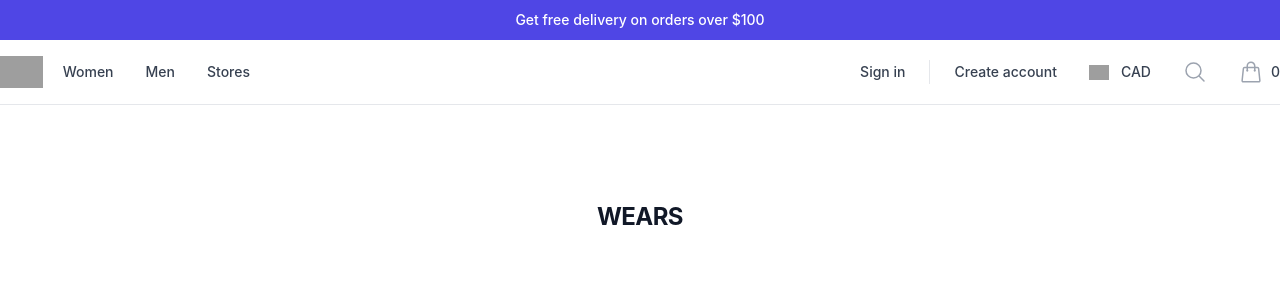
Repository: mehedi9465/Maiden_Wears
Page: /men
An editor plug-in stored every save of this project. The page is shown before and after a run of saves, followed by the edit.
The browser window is 1280 px wide. The page is 1288 px wide, so the pictures cover 1288 px, including what lies to the right of the window. The pictures show the whole page.
Pictures or frames that could not be fetched are drawn as grey boxes. The page's requests for data from a server got no answer. The project was rebuilt for these pictures with package versions that can differ from the ones it lists, and the page was loaded fresh each time. No one was signed in, and anything a server would have sent is missing. Also part of the build but not shown: src/Components/Home/Promo/Promo.js, src/Components/Home/NewArrivals/NewArrivals.js, src/Components/Home/Brands/Brands.js, src/Components/Home/Home/Home.js, src/Components/Authentication/Login/Login.js, src/Components/Authentication/Register/Register.js.

Above is the page before, as saved 2022-12-30 16:45:10.

After the next 2 saves:
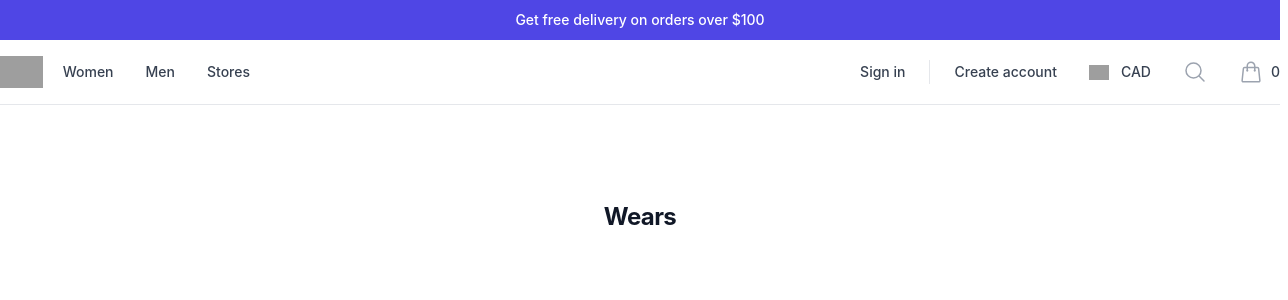
The 2 saves are shown as one change because they came seconds apart.
The last was saved 11 s later.
--- a/src/Components/Products/Products.js
+++ b/src/Components/Products/Products.js
@@ -31,7 +31,7 @@ const Products = () => {
     <div className="bg-white container mx-auto">
       <div className="mx-auto max-w-2xl py-16 px-4 sm:py-24 sm:px-6 lg:max-w-7xl lg:px-8">
         <h2 className="text-2xl font-bold tracking-tight text-gray-900">
-          {<p className="uppercase">{ routeId } wears</p>}
+          {<p className="capitalize">{ routeId } wears</p>}
         </h2>
 
         <div className="mt-6 grid grid-cols-1 gap-y-10 gap-x-6 sm:grid-cols-2 lg:grid-cols-4 xl:gap-x-8">
